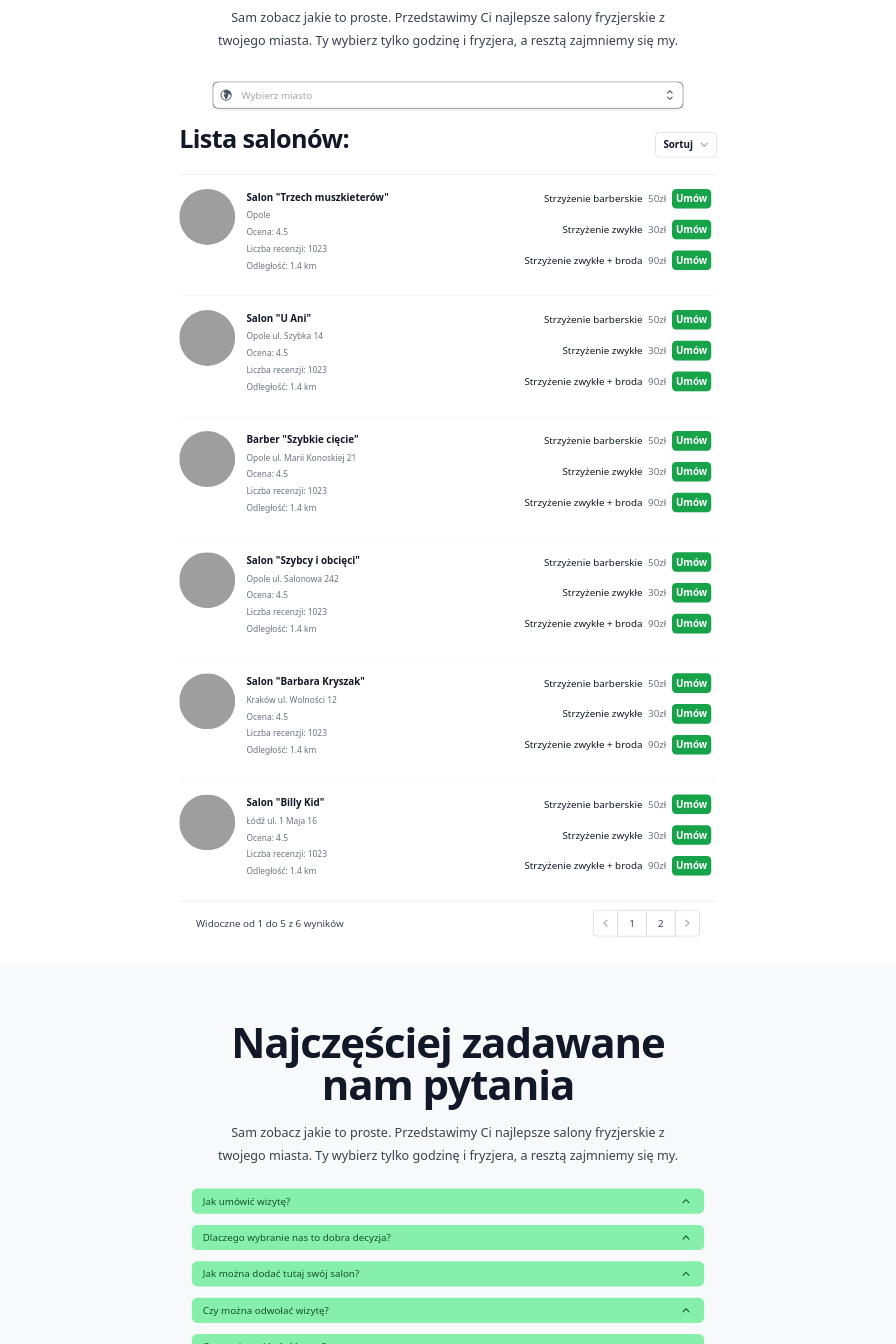
Repository: PrzemyslawJura/my-app
Page: / (app in frontend/)
These files come from the project's save history. The page is drawn as it stood at one moment and after the next save; the edit follows.
The browser window is 1280 px wide. The pictures show the part of the page from y = 1077 to 2997 px (the page is 3804 px tall before and 2767 px after), at 70% of full size.
Pictures or frames that could not be fetched are drawn as grey boxes. The page's requests for data from a server got no answer. The project was rebuilt for these pictures with package versions that can differ from the ones it lists, and the page was loaded fresh each time. No one was signed in, and anything a server would have sent is missing. Also part of the build but not shown: frontend/src/home/Listbox.jsx, frontend/src/home/StepOne.jsx, frontend/src/home/StepTwo.jsx, frontend/src/components/Calendar.jsx, frontend/src/components/Tabs.jsx, frontend/src/biznes/CalendarOfWork.jsx, frontend/src/components/CarouselDefault.jsx, frontend/src/biznes/Salon.jsx and 13 more.

Above is the page before, as saved 2023-11-16 12:14:31.

After the next save:
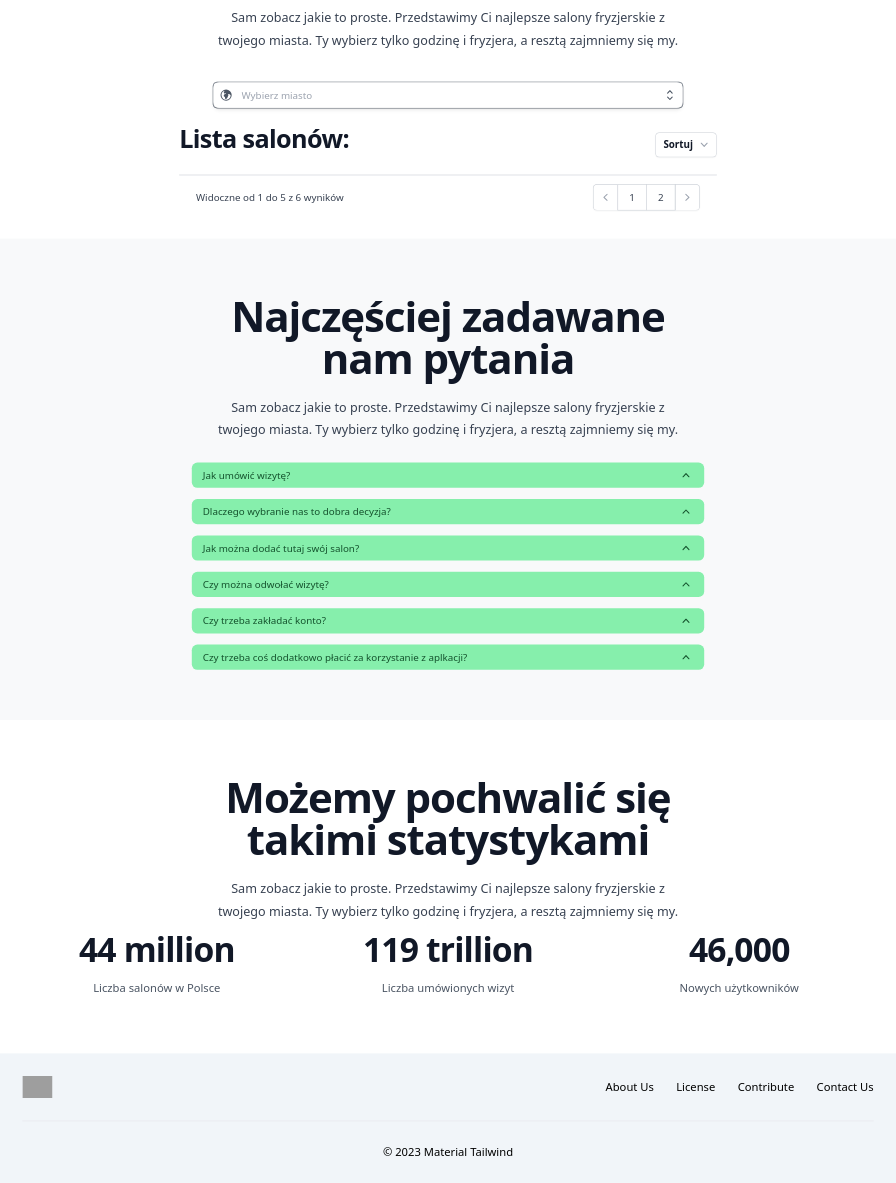
Saved 36 s later.
--- a/frontend/src/home/ListOfSalons.jsx
+++ b/frontend/src/home/ListOfSalons.jsx
@@ -83,7 +83,7 @@ const sortOptions = [
     })
     const searchCity = ()=>
     {
-      return people.filter(item=>item.email.includes(search))
+      return people.filter(item=>item.email.includes(search.cityName))
     }
     return (
       <>
